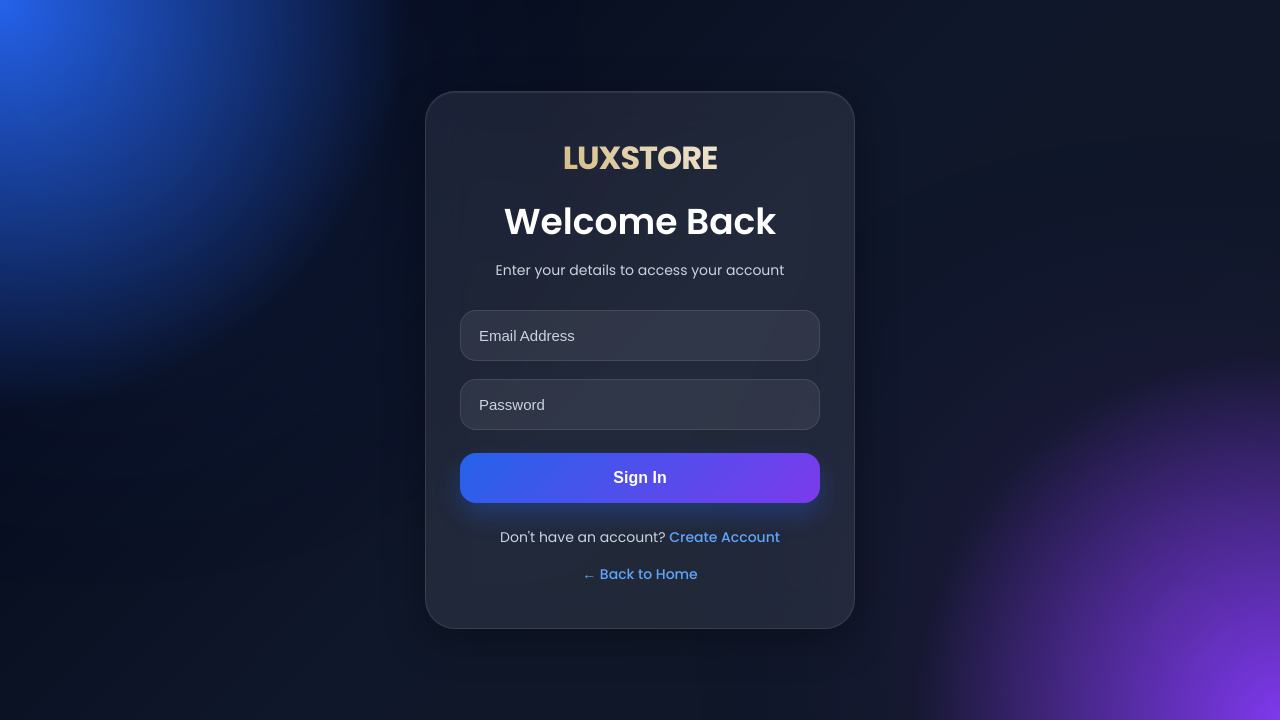
Repository: pradeepkumarh-17/Ecommerce
Page: http://localhost/EcomStore/auth
These files come from the project's save history. The page is drawn as it stood at one moment and after the next save; the edit follows.
The browser window is 1280 px wide. The pictures show the whole page.
Some web libraries are served in a nearby version. The page is served by Tomcat 10. Other server files are loaded and not shown.

Above is the page before, as saved 2026-05-08 11:24:00.

### EcomStore/src/main/webapp/views/auth/login.jsp
<%@ page contentType="text/html; charset=UTF-8" pageEncoding="UTF-8"%>

<!DOCTYPE html>
<html>
<head>
    <meta charset="UTF-8">
    <meta name="viewport" content="width=device-width, initial-scale=1.0">
    <title>Login | LuxStore</title>

    <!-- Fonts -->
    <link href="https://fonts.googleapis.com/css2?family=Outfit:wght@300;400;600;800&display=swap" rel="stylesheet">

    <!-- CSS -->
    <link rel="stylesheet" href="<%= request.getContextPath() %>/assets/css/auth.css">
    <link rel="stylesheet" href="<%= request.getContextPath() %>/assets/css/modern-ui.css">

    <!-- GSAP -->
    <script src="https://cdnjs.cloudflare.com/ajax/libs/gsap/3.12.2/gsap.min.js"></script>
</head>

<body class="auth-page">

<div class="auth-container container-3d">

    <div class="auth-box glass-panel">

        <div class="logo">LUX<span>STORE</span></div>
        <h2>Welcome Back</h2>
        <p class="subtitle">Enter your details to access your account</p>

        <% if (request.getParameter("error") != null) { %>
            <div class="error-toast">
                <p>Invalid Email or Password</p>
            </div>
        <% } %>

        <!-- ✅ FIXED ACTION -->
        <form action="<%= request.getContextPath() %>/login" method="post">

            <input type="hidden" name="action" value="login">

            <div class="input-group">
                <input type="email" name="email" placeholder="Email Address" required>
            </div>

            <div class="input-group">
                <input type="password" name="password" placeholder="Password" required>
            </div>

            <button type="submit" class="login-btn">Sign In</button>

        </form>

        <p class="switch">
            Don't have an account?
            <a href="<%= request.getContextPath() %>/views/auth/register.jsp">Create Account</a>
        </p>

        <a class="back-home" href="<%= request.getContextPath() %>/views/user/home.jsp">
            ← Back to Home
        </a>

    </div>

</div>

<script>
    gsap.from('.auth-box', {
        duration: 1,
        y: 80,
        opacity: 0
    });
</script>

</body>
</html>

### EcomStore/src/main/java/com/ecommerce/controller/AuthController.java
package com.ecommerce.controller;

import jakarta.servlet.*;
import jakarta.servlet.http.*;
import jakarta.servlet.annotation.WebServlet;

import java.io.IOException;

import com.ecommerce.dao.UserDAO;
import com.ecommerce.dao.impl.UserDAOImpl;

import com.ecommerce.model.User;

@WebServlet("/auth")
public class AuthController extends HttpServlet {

    // =========================================
    // GET REQUEST
    // =========================================

    @Override
    protected void doGet(
            HttpServletRequest req,
            HttpServletResponse res)

            throws ServletException, IOException {

        String action =
                req.getParameter("action");

        // LOGIN PAGE
        if(action == null
                || "login".equals(action)) {

            RequestDispatcher rd =
                    req.getRequestDispatcher(
                            "/views/auth/login.jsp"
                    );

            rd.forward(req, res);

        }

        // REGISTER PAGE
        else if("register".equals(action)) {

            RequestDispatcher rd =
                    req.getRequestDispatcher(
                            "/views/auth/register.jsp"
                    );

            rd.forward(req, res);
        }
    }

    // =========================================
    // POST REQUEST
    // =========================================

    @Override
    protected void doPost(
            HttpServletRequest req,
            HttpServletResponse res)

            throws ServletException, IOException {

        String action =
                req.getParameter("action");

        UserDAO dao =
                new UserDAOImpl();

        // =====================================
        // REGISTER
        // =====================================

        if("register".equals(action)) {

            String name =
                    req.getParameter("name");

            String email =
                    req.getParameter("email");

            String password =
                    req.getParameter("password");

            User user =
                    new User();

            user.setUsername(name);
            user.setEmail(email);
            user.setPassword(password);

            boolean success =
                    dao.registerUser(user);

            if(success) {

                res.sendRedirect(
                        req.getContextPath()
                        + "/auth?action=login"
                );

            } else {

                res.sendRedirect(
                        req.getContextPath()
                        + "/auth?action=register&error=true"
                );
            }
        }

        // =====================================
        // LOGIN
        // =====================================

        else if("login".equals(action)) {

            String email =
                    req.getParameter("email");

            String password =
                    req.getParameter("password");

            User user =
                    dao.loginUser(email, password);

            if(user != null) {

                HttpSession session =
                        req.getSession();

                session.setAttribute(
                        "user",
                        user
                );

                res.sendRedirect(
                        req.getContextPath()
                        + "/views/user/home.jsp"
                );

            } else {

                res.sendRedirect(
                        req.getContextPath()
                        + "/auth?action=login&error=true"
                );
            }
        }
    }
}

### EcomStore/src/main/webapp/assets/css/auth.css
/* =========================================================
   LUXSTORE AUTH UI
   Stable Premium Authentication Design
   ========================================================= */

/* GOOGLE FONT */
@import url('https://fonts.googleapis.com/css2?family=Poppins:wght@300;400;500;600;700&display=swap');

/* RESET */
*{
    margin:0;
    padding:0;
    box-sizing:border-box;
}

/* ROOT */
html,
body{
    width:100%;
    min-height:100%;
}

/* BODY */
body{
    font-family:'Poppins',sans-serif !important;

    min-height:100vh !important;

    display:flex !important;
    justify-content:center !important;
    align-items:center !important;

    padding:20px !important;

    overflow-x:hidden !important;
    overflow-y:auto !important;

    background:
        radial-gradient(circle at top left,#2563eb 0%,transparent 28%),
        radial-gradient(circle at bottom right,#7c3aed 0%,transparent 25%),
        linear-gradient(135deg,#020617,#0f172a,#111827) !important;

    position:relative;

    isolation:isolate;
}

/* GLOW EFFECTS */
body::before,
body::after{
    content:'';

    position:fixed;

    width:420px;
    height:420px;

    border-radius:50%;

    filter:blur(140px);

    opacity:0.22;

    z-index:-1;

    pointer-events:none;
}

body::before{
    background:#2563eb;

    top:-120px;
    left:-120px;
}

body::after{
    background:#9333ea;

    bottom:-120px;
    right:-120px;
}

/* AUTH CONTAINER */
.auth-container{
    width:100%;

    display:flex !important;
    justify-content:center !important;
    align-items:center !important;

    position:relative;

    z-index:10;
}

/* AUTH BOX */
.auth-box{
    width:430px !important;

    padding:42px 34px !important;

    border-radius:30px !important;

    background:rgba(255,255,255,0.08) !important;

    backdrop-filter:blur(22px);
    -webkit-backdrop-filter:blur(22px);

    border:1px solid rgba(255,255,255,0.10) !important;

    box-shadow:
        0 10px 40px rgba(0,0,0,0.35),
        inset 0 1px 1px rgba(255,255,255,0.08);

    text-align:center !important;

    position:relative;

    z-index:20;

    display:block !important;

    visibility:visible !important;

    opacity:1 !important;

    transform:none !important;
}

/* LOGO */
.logo{
    font-size:42px;

    font-weight:700;

    letter-spacing:1px;

    margin-bottom:12px;

    color:#f8fafc;
}

.logo span{
    color:#60a5fa;
}

/* TITLE */
.auth-box h2{
    font-size:36px;

    font-weight:600;

    color:#ffffff;

    margin-bottom:10px;
}

/* SUBTITLE */
.subtitle{
    color:#cbd5e1;

    font-size:14px;

    line-height:1.6;

    margin-bottom:28px;
}

/* FORM */
.auth-box form{
    display:flex;

    flex-direction:column;

    gap:18px;
}

/* INPUT GROUP */
.input-group{
    width:100%;
}

/* INPUT */
.auth-box input{
    width:100% !important;

    padding:16px 18px !important;

    border-radius:16px !important;

    border:1px solid rgba(255,255,255,0.10) !important;

    background:rgba(255,255,255,0.07) !important;

    color:#ffffff !important;

    font-size:15px;

    outline:none !important;

    transition:0.3s ease;
}

/* PLACEHOLDER */
.auth-box input::placeholder{
    color:#cbd5e1;
}

/* INPUT FOCUS */
.auth-box input:focus{
    border-color:#3b82f6 !important;

    box-shadow:
        0 0 0 4px rgba(59,130,246,0.15),
        0 0 20px rgba(59,130,246,0.20);

    background:rgba(255,255,255,0.09) !important;
}

/* BUTTON */
.auth-box button{
    width:100% !important;

    padding:16px !important;

    margin-top:5px !important;

    border:none !important;

    outline:none !important;

    border-radius:16px !important;

    background:linear-gradient(
        135deg,
        #2563eb,
        #7c3aed
    ) !important;

    color:#ffffff !important;

    font-size:16px !important;

    font-weight:600 !important;

    cursor:pointer !important;

    display:block !important;

    visibility:visible !important;

    opacity:1 !important;

    transition:0.3s ease;

    box-shadow:
        0 12px 25px rgba(37,99,235,0.30);
}

/* BUTTON HOVER */
.auth-box button:hover{
    transform:translateY(-3px);

    box-shadow:
        0 16px 35px rgba(124,58,237,0.35);
}

/* SWITCH */
.switch{
    margin-top:24px;

    color:#cbd5e1;

    font-size:14px;
}

/* LINKS */
.switch a,
.back-home{
    color:#60a5fa;

    text-decoration:none;

    font-weight:500;

    transition:0.3s ease;
}

/* LINK HOVER */
.switch a:hover,
.back-home:hover{
    color:#ffffff;
}

/* BACK HOME */
.back-home{
    display:inline-block;

    margin-top:16px;

    font-size:14px;
}

/* ERROR */
.error{
    background:rgba(220,38,38,0.14);

    border:1px solid rgba(220,38,38,0.25);

    color:#fecaca;

    padding:12px;

    border-radius:14px;

    font-size:14px;
}

/* MOBILE */
@media(max-width:500px){

    .auth-box{
        width:100% !important;

        padding:34px 24px !important;
    }

    .logo{
        font-size:34px;
    }

    .auth-box h2{
        font-size:28px;
    }

    .subtitle{
        font-size:13px;
    }
}

### EcomStore/src/main/webapp/assets/css/modern-ui.css
:root {
    --primary: #c5a358; /* Gold accent */
    --secondary: #1a1a2e; /* Deep dark blue */
    --accent: #e94560; /* Vibrant pink/red */
    --bg-dark: #0f3460;
    --glass: rgba(255, 255, 255, 0.05);
    --glass-border: rgba(255, 255, 255, 0.1);
    --glass-text: rgba(255, 255, 255, 0.8);
    --shadow-3d: 0 20px 40px rgba(0,0,0,0.4), 0 10px 10px rgba(0,0,0,0.2);
    --transition-fast: 0.3s cubic-bezier(0.4, 0, 0.2, 1);
    --transition-slow: 0.6s cubic-bezier(0.4, 0, 0.2, 1);
}

@import url('https://fonts.googleapis.com/css2?family=Outfit:wght@300;400;600;800&display=swap');

body {
    margin: 0;
    font-family: 'Outfit', sans-serif;
    background: #050505;
    color: #fff;
    overflow-x: hidden;
    scroll-behavior: smooth;
}

/* Animated Gradient Background */
.bg-animation {
    position: fixed;
    top: 0;
    left: 0;
    width: 100%;
    height: 100%;
    background: radial-gradient(circle at 50% 50%, #16213e 0%, #0f3460 50%, #050505 100%);
    z-index: -1;
    overflow: hidden;
}

.bg-animation::after {
    content: '';
    position: absolute;
    top: -50%;
    left: -50%;
    width: 200%;
    height: 200%;
    background: radial-gradient(circle at 30% 30%, rgba(197, 163, 88, 0.05) 0%, transparent 40%),
                radial-gradient(circle at 70% 70%, rgba(233, 69, 96, 0.05) 0%, transparent 40%);
    animation: rotateBG 20s linear infinite;
}

@keyframes rotateBG {
    0% { transform: rotate(0deg); }
    100% { transform: rotate(360deg); }
}

/* 3D Perspective Container */
.container-3d {
    perspective: 1000px;
}

/* Glassmorphism Header */
.header {
    background: rgba(15, 52, 96, 0.7) !important;
    backdrop-filter: blur(15px);
    border-bottom: 1px solid var(--glass-border);
    position: sticky;
    top: 0;
    z-index: 1000;
    padding: 15px 60px !important;
    transition: var(--transition-fast);
}

.header.scrolled {
    padding: 10px 60px !important;
    background: rgba(15, 52, 96, 0.9) !important;
}

.logo {
    font-size: 32px !important;
    background: linear-gradient(45deg, var(--primary), #fff);
    -webkit-background-clip: text;
    background-clip: text;
    -webkit-text-fill-color: transparent;
    font-weight: 800 !important;
    letter-spacing: -1px;
}

.nav-links a {
    color: var(--glass-text) !important;
    position: relative;
    font-weight: 400 !important;
    padding: 5px 10px;
    border-radius: 5px;
    transition: var(--transition-fast);
}

.nav-links a::after {
    content: '';
    position: absolute;
    bottom: 0;
    left: 50%;
    width: 0;
    height: 2px;
    background: var(--primary);
    transition: var(--transition-fast);
    transform: translateX(-50%);
}

.nav-links a:hover {
    color: #fff !important;
}

.nav-links a:hover::after {
    width: 80%;
}

/* 3D Glass Product Card */
.product-card {
    background: var(--glass) !important;
    backdrop-filter: blur(10px);
    border: 1px solid var(--glass-border) !important;
    border-radius: 20px !important;
    padding: 20px !important;
    transform-style: preserve-3d;
    transition: transform 0.5s cubic-bezier(0.23, 1, 0.32, 1), box-shadow 0.5s ease !important;
    position: relative;
}

.product-card:hover {
    transform: translateY(-10px) rotateX(5deg) rotateY(-5deg) !important;
    box-shadow: 0 30px 60px rgba(0,0,0,0.6) !important;
    border-color: var(--primary) !important;
}

.product-card img {
    border-radius: 15px !important;
    transform: translateZ(20px);
    transition: var(--transition-fast);
    box-shadow: 0 10px 20px rgba(0,0,0,0.3);
}

.product-card h3 {
    color: #fff !important;
    transform: translateZ(30px);
    margin: 15px 0 5px 0 !important;
}

.product-card .price {
    color: var(--primary) !important;
    transform: translateZ(25px);
    font-size: 20px !important;
}

.cart-btn {
    background: linear-gradient(45deg, var(--primary), #b08d42) !important;
    border: none !important;
    border-radius: 30px !important;
    color: #000 !important;
    font-weight: 700 !important;
    padding: 12px !important;
    margin-top: 15px !important;
    transform: translateZ(40px);
    transition: var(--transition-fast) !important;
    cursor: pointer;
}

.cart-btn:hover {
    background: #fff !important;
    transform: translateZ(50px) scale(1.05) !important;
    box-shadow: 0 0 20px var(--primary);
}

/* Hero Section Enhancement */
.hero {
    height: 450px !important;
    border-radius: 30px !important;
    position: relative;
    overflow: hidden;
    background: none !important;
    border: 1px solid var(--glass-border);
}

.hero::before {
    content: '';
    position: absolute;
    top: 0;
    left: 0;
    width: 100%;
    height: 100%;
    background: linear-gradient(rgba(0,0,0,0.2), rgba(0,0,0,0.8)), url('https://images.unsplash.com/photo-1441986300917-64674bd600d8?ixlib=rb-1.2.1&auto=format&fit=crop&w=1350&q=80');
    background-size: cover;
    background-position: center;
    z-index: -1;
    transition: transform 5s ease;
}

.hero:hover::before {
    transform: scale(1.1);
}

.hero h1 {
    font-size: 64px !important;
    color: #fff !important;
    text-shadow: 0 10px 20px rgba(0,0,0,0.5);
    margin-bottom: 20px !important;
}

.hero .btn {
    background: var(--primary) !important;
    color: #000 !important;
    padding: 15px 40px !important;
    border-radius: 50px !important;
    font-size: 18px !important;
    box-shadow: 0 10px 20px rgba(197, 163, 88, 0.3);
}

/* Category Cards */
.category-card {
    background: var(--glass) !important;
    border: 1px solid var(--glass-border) !important;
    color: #fff !important;
    border-radius: 15px !important;
    padding: 20px 40px !important;
    transition: var(--transition-fast) !important;
}

.category-card:hover {
    background: var(--primary) !important;
    color: #000 !important;
    transform: scale(1.1) rotate(2deg) !important;
}

/* Forms */
input, select, textarea {
    background: rgba(255,255,255,0.05) !important;
    border: 1px solid var(--glass-border) !important;
    color: #fff !important;
    border-radius: 8px !important;
    padding: 12px !important;
    transition: var(--transition-fast);
}

input:focus {
    border-color: var(--primary) !important;
    background: rgba(255,255,255,0.1) !important;
    box-shadow: 0 0 15px rgba(197, 163, 88, 0.2);
    outline: none;
}

/* Premium Scrollbar */
::-webkit-scrollbar {
    width: 8px;
}

::-webkit-scrollbar-track {
    background: #050505;
}

::-webkit-scrollbar-thumb {
    background: var(--primary);
    border-radius: 10px;
}

::-webkit-scrollbar-thumb:hover {
    background: #fff;
}

After the next save:
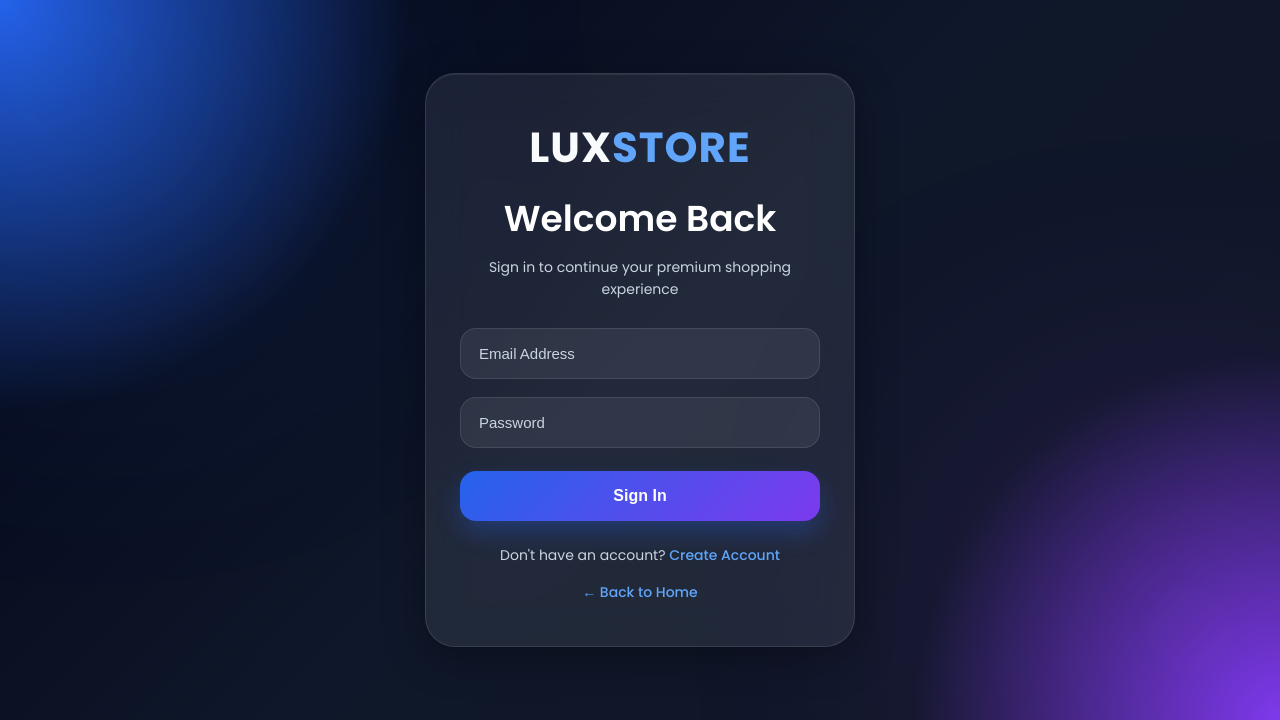
Saved 47 s later.
--- a/EcomStore/src/main/webapp/views/auth/login.jsp
+++ b/EcomStore/src/main/webapp/views/auth/login.jsp
@@ -1,76 +1,142 @@
-<%@ page contentType="text/html; charset=UTF-8" pageEncoding="UTF-8"%>
+<%@ page contentType="text/html; charset=UTF-8"
+         pageEncoding="UTF-8"%>
 
 <!DOCTYPE html>
-<html>
+
+<html lang="en">
+
 <head>
+
     <meta charset="UTF-8">
-    <meta name="viewport" content="width=device-width, initial-scale=1.0">
+
+    <meta name="viewport"
+          content="width=device-width, initial-scale=1.0">
+
     <title>Login | LuxStore</title>
 
-    <!-- Fonts -->
-    <link href="https://fonts.googleapis.com/css2?family=Outfit:wght@300;400;600;800&display=swap" rel="stylesheet">
+    <!-- GOOGLE FONT -->
+    <link href="https://fonts.googleapis.com/css2?family=Poppins:wght@300;400;500;600;700&display=swap"
+          rel="stylesheet">
 
     <!-- CSS -->
-    <link rel="stylesheet" href="<%= request.getContextPath() %>/assets/css/auth.css">
-    <link rel="stylesheet" href="<%= request.getContextPath() %>/assets/css/modern-ui.css">
+    <link rel="stylesheet"
+          href="<%= request.getContextPath() %>/assets/css/auth.css">
 
-    <!-- GSAP -->
-    <script src="https://cdnjs.cloudflare.com/ajax/libs/gsap/3.12.2/gsap.min.js"></script>
 </head>
 
-<body class="auth-page">
+<body>
 
-<div class="auth-container container-3d">
+<div class="auth-container">
 
-    <div class="auth-box glass-panel">
+    <div class="auth-box">
 
-        <div class="logo">LUX<span>STORE</span></div>
-        <h2>Welcome Back</h2>
-        <p class="subtitle">Enter your details to access your account</p>
+        <!-- LOGO -->
+        <div class="logo">
 
-        <% if (request.getParameter("error") != null) { %>
-            <div class="error-toast">
-                <p>Invalid Email or Password</p>
-            </div>
-        <% } %>
+            LUX<span>STORE</span>
 
-        <!-- ✅ FIXED ACTION -->
-        <form action="<%= request.getContextPath() %>/login" method="post">
+        </div>
 
-            <input type="hidden" name="action" value="login">
+        <!-- TITLE -->
+        <h2>
 
-            <div class="input-group">
-                <input type="email" name="email" placeholder="Email Address" required>
+            Welcome Back
+
+        </h2>
+
+        <!-- SUBTITLE -->
+        <p class="subtitle">
+
+            Sign in to continue your
+            premium shopping experience
+
+        </p>
+
+        <!-- ERROR -->
+        <%
+            String error =
+                    request.getParameter("error");
+
+            if(error != null){
+        %>
+
+            <div class="error-box">
+
+                Invalid email or password
+
             </div>
 
+        <%
+            }
+        %>
+
+        <!-- LOGIN FORM -->
+        <form action="<%= request.getContextPath() %>/auth"
+              method="post">
+
+            <input type="hidden"
+                   name="action"
+                   value="login">
+
+            <!-- EMAIL -->
             <div class="input-group">
-                <input type="password" name="password" placeholder="Password" required>
+
+                <input type="email"
+                       name="email"
+
+                       placeholder="Email Address"
+
+                       required>
+
             </div>
 
-            <button type="submit" class="login-btn">Sign In</button>
+            <!-- PASSWORD -->
+            <div class="input-group">
+
+                <input type="password"
+                       name="password"
+
+                       placeholder="Password"
+
+                       required>
+
+            </div>
+
+            <!-- BUTTON -->
+            <button type="submit">
+
+                Sign In
+
+            </button>
 
         </form>
 
-        <p class="switch">
+        <!-- REGISTER -->
+        <div class="switch">
+
             Don't have an account?
-            <a href="<%= request.getContextPath() %>/views/auth/register.jsp">Create Account</a>
-        </p>
 
-        <a class="back-home" href="<%= request.getContextPath() %>/views/user/home.jsp">
+            <a href="<%= request.getContextPath() %>/views/auth/register.jsp">
+
+                Create Account
+
+            </a>
+
+        </div>
+
+        <!-- BACK -->
+        <a class="back-home"
+
+           href="<%= request.getContextPath() %>/views/user/home.jsp">
+
             ← Back to Home
+
         </a>
 
     </div>
 
 </div>
 
-<script>
-    gsap.from('.auth-box', {
-        duration: 1,
-        y: 80,
-        opacity: 0
-    });
-</script>
+</body>
 
-</body>
 </html>
